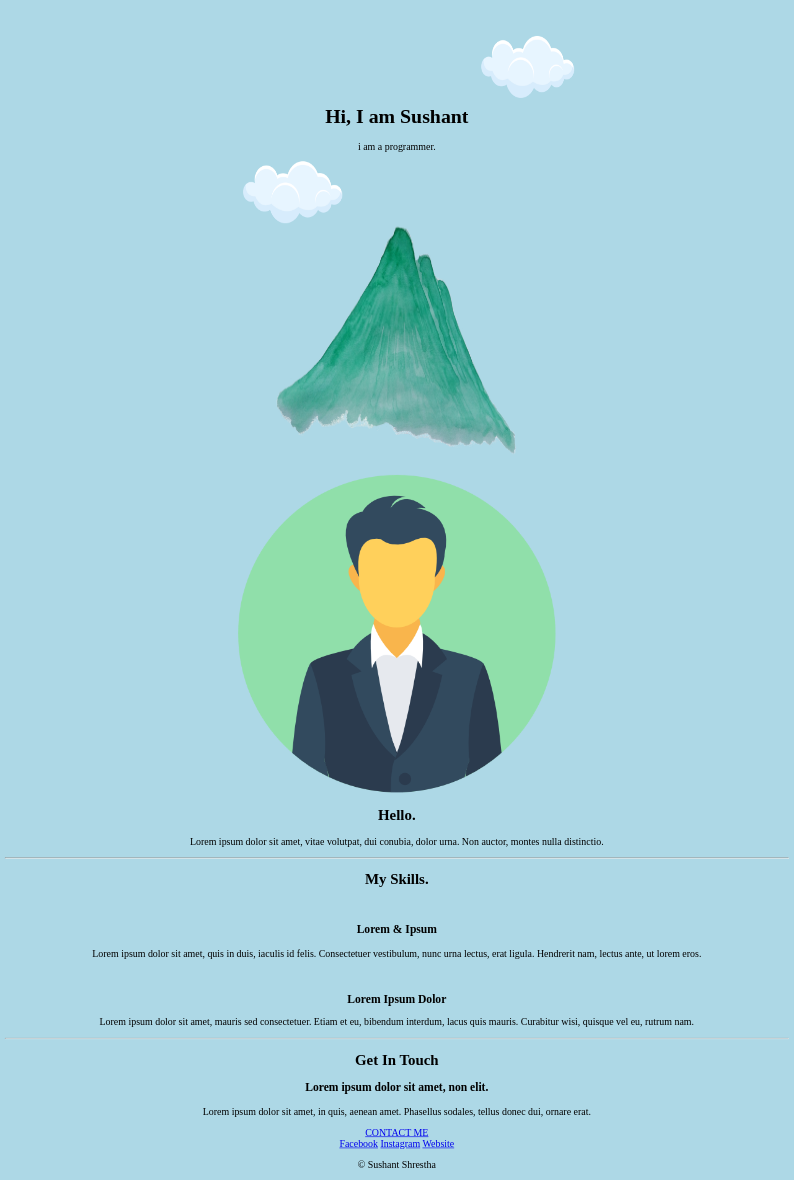
Repository: Sushant203/myPersonalSite
Page: index.html
The author's editor kept a copy of each file at every save. The page is drawn from the files as they stood at one save, then again after the next save.
The browser window is 1280 px wide. The pictures show the whole page, at 62% of full size.

Above is the page before, as saved 2022-12-09 18:47:40.

After the next save:
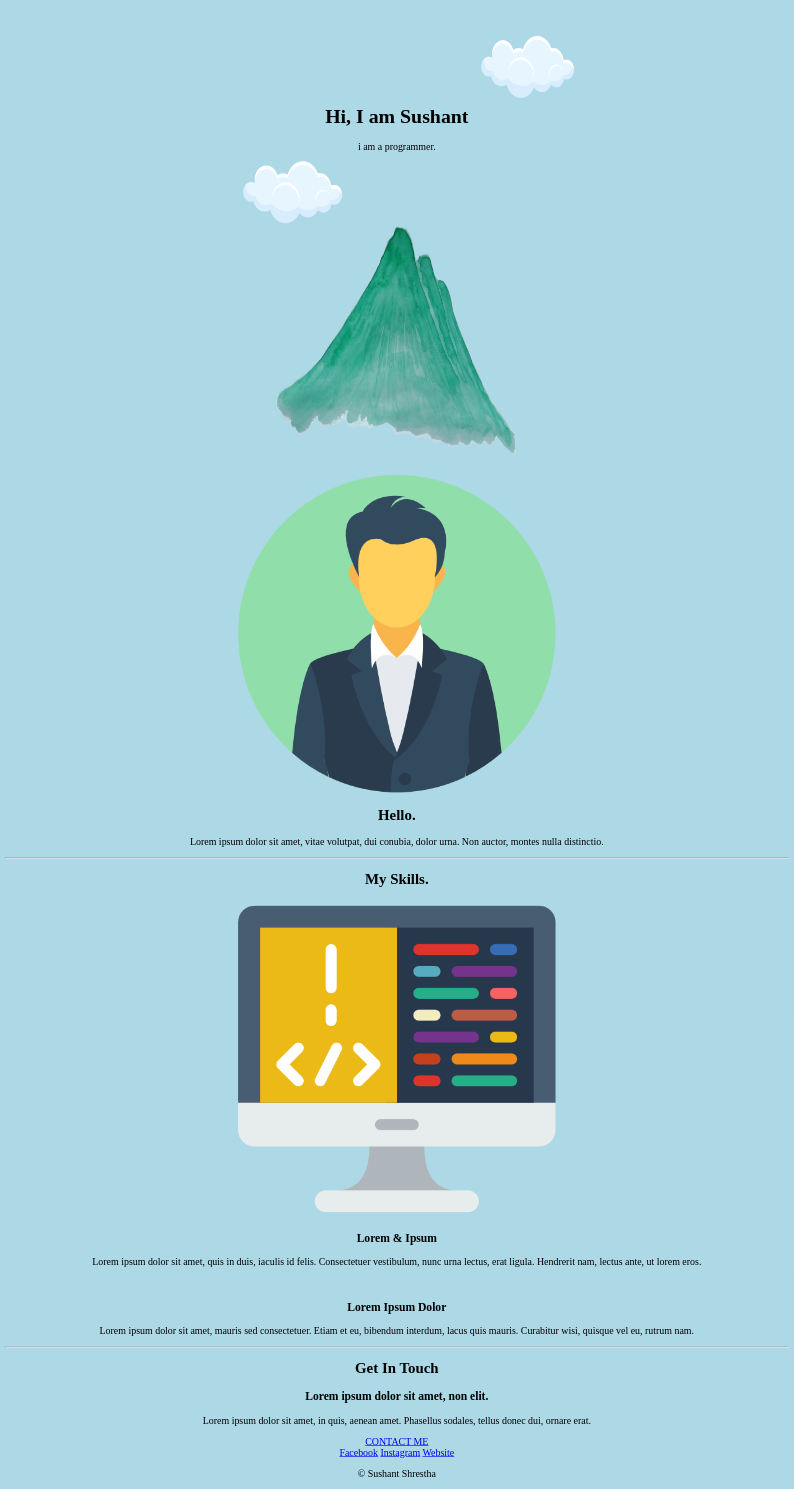
Saved 4 s later.
--- a/index.html
+++ b/index.html
@@ -36,7 +36,7 @@
             <div class="skills">
               <h2>My Skills.</h2>
               <div class="skill-row">
-                <img class="" src="" alt="">
+                <img class="" src="skill1.png" alt="">
                 <h3>Lorem & Ipsum</h3>
                 <p>Lorem ipsum dolor sit amet, quis in duis, iaculis id felis. Consectetuer vestibulum, nunc urna lectus, erat ligula. Hendrerit nam, lectus ante, ut lorem eros.</p>
               </div>
